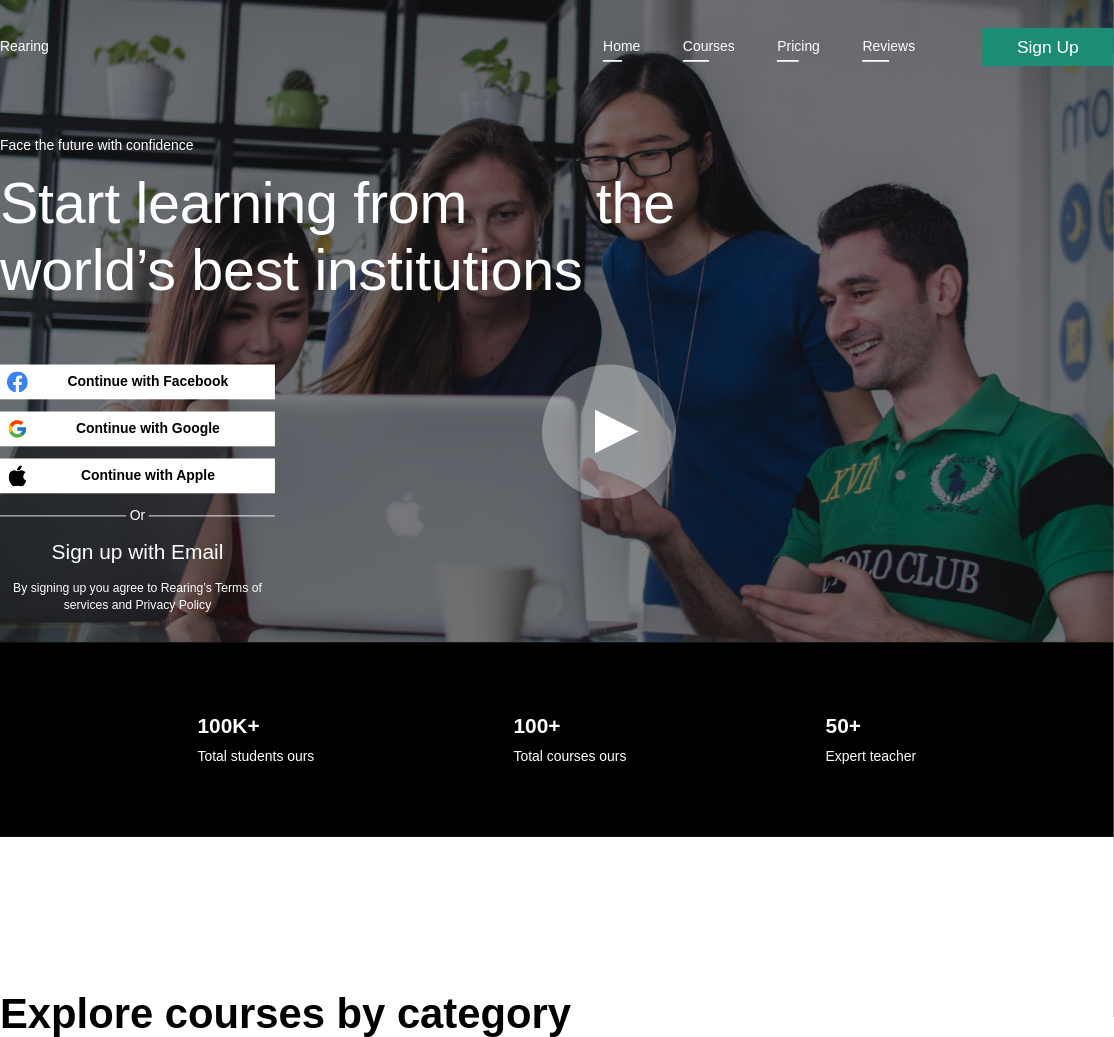
Repository: vandangnhathung/educationplatform
Page: /
The author's editor kept a copy of each file at every save. The page is drawn from the files as they stood at one save, then again after the next save.
The browser window is 1280 px wide. The pictures show the whole page, at 87% of full size.
The project was rebuilt for these pictures with package versions that can differ from the ones it lists, and the page was loaded fresh each time.

Above is the page before, as saved 2022-06-21 09:02:43.

### src/index.js
import React from "react";
import ReactDOM from "react-dom/client";
import App from "./App";
import reportWebVitals from "./reportWebVitals";
import "./index.css";
const root = ReactDOM.createRoot(document.getElementById("root"));
root.render(
  <React.StrictMode>
    <App />
  </React.StrictMode>
);

// If you want to start measuring performance in your app, pass a function
// to log results (for example: reportWebVitals(console.log))
// or send to an analytics endpoint. Learn more: https://bit.ly/CRA-vitals
reportWebVitals();

### src/App.js
import Category from "./components/category/Category";
import Content from "./components/content/Content";
import HeaderLayout from "./components/header/HeaderLayout";
function App() {
  return (
    <>
      <HeaderLayout></HeaderLayout>
      <Content></Content>
    </>
  );
}

export default App;

### src/index.css
@tailwind base;
@tailwind components;
@tailwind utilities;
@import url("https://fonts.googleapis.com/css2?family=Urbanist:wght@100;200;300;400;500;600;700;800&display=swap");
*,
*::before,
*::after {
  box-sizing: border-box;
}
* {
  margin: 0;
  padding: 0;
}

html,
body {
  height: 100%;
}
body {
  line-height: 1.5;
  font-family: "Urbanist", sans-serif;
}

img,
picture,
video,
canvas,
svg {
  display: block;
  max-width: 100%;
}
input,
button,
textarea,
select {
  font: inherit;
  outline: none;
}
p,
h1,
h2,
h3,
h4,
h5,
h6 {
  overflow-wrap: break-word;
}

.container {
  max-width: 1280px;
  margin: 0 auto;
  width: 100%;
}

.active {
  position: relative;
}

.active::before {
  content: "";
  display: block;
  position: absolute;
  bottom: -5px;
  width: 50%;
  padding: 1px;
  left: 0;
  background-color: #fff;
}

### src/components/category/Category.js
import React from "react";

const Category = () => {
  return (
    <div className="container pt-[180px]">
      <div className="flex flex-col gap-x-[55px]">
        <div className="flex items-center justify-between max-w-[970px]">
          <h2 className="text-5xl font-bold">Explore courses by category</h2>
        </div>
      </div>
    </div>
  );
};

export default Category;

### src/components/content/Content.js
import React from "react";
import Category from "../category/Category";

const Content = () => {
  return (
    <div>
      <Category></Category>
    </div>
  );
};

export default Content;

### src/components/header/HeaderLayout.js
import React from "react";
import Header from "./Header";
import HeaderStatistic from "./HeaderStatistic";

const HeaderLayout = () => {
  return (
    <div>
      <Header></Header>
      <HeaderStatistic></HeaderStatistic>
    </div>
  );
};

export default HeaderLayout;

### src/components/header/Header.js
import React, { useEffect } from "react";
import headerImg from "../../images/Images.png";
import SignInSocial from "../button/SignInSocial";
import { FcGoogle } from "react-icons/fc";
import { BsApple } from "react-icons/bs";
import styled from "styled-components";

const HeaderStyles = styled.header`
  .text-or {
    color: white;
    position: relative;
    &:before {
      content: "";
      height: 1px;
      width: calc(50% - 13px);
      background-color: white;
      position: absolute;
      top: 50%;
      transform: translateY(-50%);
      right: 0;
    }
    &:after {
      content: "";
      height: 1px;
      width: calc(50% - 13px);
      background-color: white;
      position: absolute;
      top: 50%;
      transform: translateY(-50%);
      left: 0;
    }
  }
`;
const Header = () => {
  const headerNav = [
    {
      id: 1,
      title: "Home",
    },
    {
      id: 2,
      title: "Courses",
    },
    {
      id: 3,
      title: "Pricing",
    },
    {
      id: 4,
      title: "Reviews",
    },
  ];
  return (
    <HeaderStyles>
      <div className="relative">
        <img src={headerImg} alt="header_img" className="w-full" />
        <div className="absolute inset-0 bg-black opacity-50"></div>
        <div class="absolute top-0  left-0 right-0 ">
          <div class="container">
            <div className="pt-8 mb-[79px] header-top text-white flex items-center justify-between">
              <h1 className="">Rearing</h1>
              <div className="flex items-center">
                <nav className="mr-[77px]">
                  <ul className="flex items-center  gap-x-[49px] ">
                    {headerNav.map((item) => (
                      <li className="active cursor-pointer" key={item.id}>
                        {item.title}
                      </li>
                    ))}
                  </ul>
                </nav>
                <button className="py-2 px-10 bg-[#1D8C74] text-white text-xl ">
                  Sign Up
                </button>
              </div>
            </div>

            <div className="slogan text-white mb-[70px]">
              <h3 className="text-base mb-4">
                Face the future with confidence
              </h3>
              <h1 className="desc max-w-[777px] text-[66px] leading-[77px] w-full tracking-[-0.02rem] font-medium">
                Start learning from{" "}
                <span className="inline-block mr-28 "></span>{" "}
                <p className="inline-block">the</p> world’s best institutions
              </h1>
            </div>

            <div class="flex items-start">
              <div className="signup max-w-[316px] text-center mr-[307px]">
                <SignInSocial name="Facebook"></SignInSocial>
                <SignInSocial
                  name="Google"
                  icon={<FcGoogle></FcGoogle>}
                ></SignInSocial>
                <SignInSocial
                  name="Apple"
                  icon={<BsApple style={{ color: "#000" }}></BsApple>}
                ></SignInSocial>
                <p className="text-or mb-[14px] ">Or</p>
                <div class="text-center text-white flex flex-col gap-y-[14px]">
                  <p className="text-2xl">Sign up with Email</p>
                  <p className="text-sm">
                    By signing up you agree to Rearing’s Terms of services and
                    Privacy Policy{" "}
                  </p>
                </div>
              </div>
              <div className="play cursor-pointer">
                <div className="w-[154px] h-[154px] rounded-full bg-[#fff]/[0.3] hover:bg-[#ccc]/[1] transition-all duration-400 ease-linear relative">
                  <div className="play absolute w-[50px] h-[50px] border-[25px] border-x-0 border-transparent border-l-white border-l-[50px] top-1/2 -translate-y-1/2 left-1/2 -translate-x-[32%] hover:rotate-[360deg]  transition-all duration-500"></div>
                </div>
              </div>
            </div>
          </div>
        </div>
      </div>
    </HeaderStyles>
  );
};

export default Header;

### src/components/header/HeaderStatistic.js
import React from "react";

const HeaderStatistic = () => {
  return (
    <div className="header-statistic bg-[#000] p-20">
      <div className="max-w-[826px] mx-auto flex items-center justify-between text-white">
        <div className="header-statistic__info flex flex-col gap-y-2">
          <span className="inline-block text-2xl font-bold">100K+</span>
          <p className="text-base">Total students ours</p>
        </div>
        <div className="header-statistic__info flex flex-col gap-y-2">
          <span className="inline-block text-2xl font-bold">100+</span>
          <p className="text-base">Total courses ours</p>
        </div>
        <div className="header-statistic__info flex flex-col gap-y-2">
          <span className="inline-block text-2xl font-bold">50+</span>
          <p className="text-base">Expert teacher</p>
        </div>
      </div>
    </div>
  );
};

export default HeaderStatistic;

### src/components/button/SignInSocial.js
import React from "react";
import styled from "styled-components";
import { BsFacebook } from "react-icons/bs";

const SignInSocialStyles = styled.div`
  display: flex;
  align-items: center;
  padding: 8px;
  background-color: #fff;
  max-width: 316px;
  width: 100%;
  font-size: 16px;
  font-weight: 600;
  cursor: pointer;
  margin-bottom: 14px;
`;
const SignInSocial = ({ name = "", icon = <BsFacebook></BsFacebook> }) => {
  return (
    <SignInSocialStyles>
      <span className="inline-block text-blue-500 text-2xl">{icon}</span>
      <p className="m-auto">Continue with {name}</p>
    </SignInSocialStyles>
  );
};

export default SignInSocial;

Loaded but not shown: public/index.html (common file); src/reportWebVitals.js (common file); tailwind.config.js (common file)

After the next save:
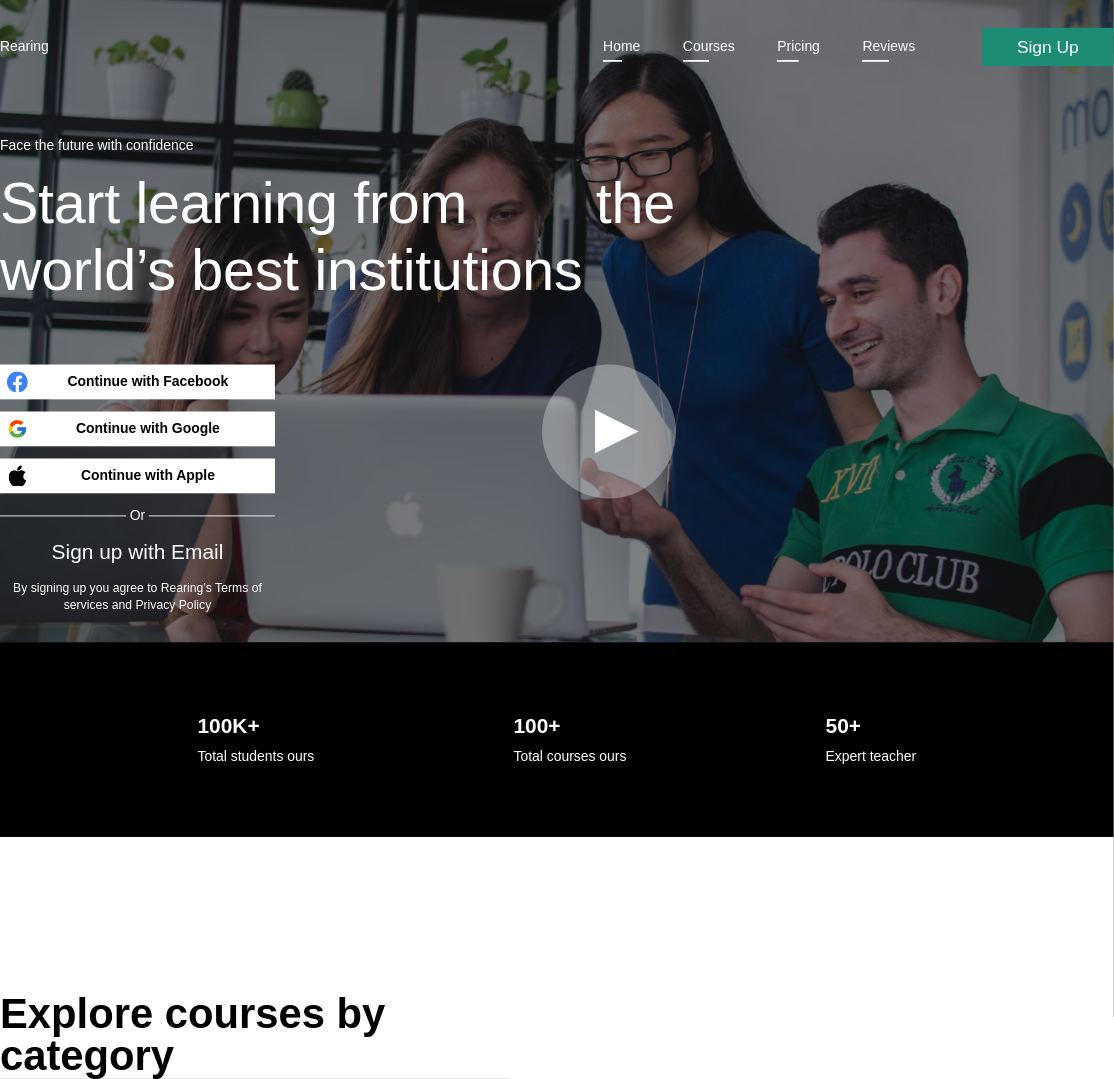
Saved 30 s later.
--- a/src/components/category/Category.js
+++ b/src/components/category/Category.js
@@ -5,7 +5,9 @@ const Category = () => {
     <div className="container pt-[180px]">
       <div className="flex flex-col gap-x-[55px]">
         <div className="flex items-center justify-between max-w-[970px]">
-          <h2 className="text-5xl font-bold">Explore courses by category</h2>
+          <h2 className="text-5xl font-bold max-w-[468px]">
+            Explore courses by category
+          </h2>
         </div>
       </div>
     </div>
